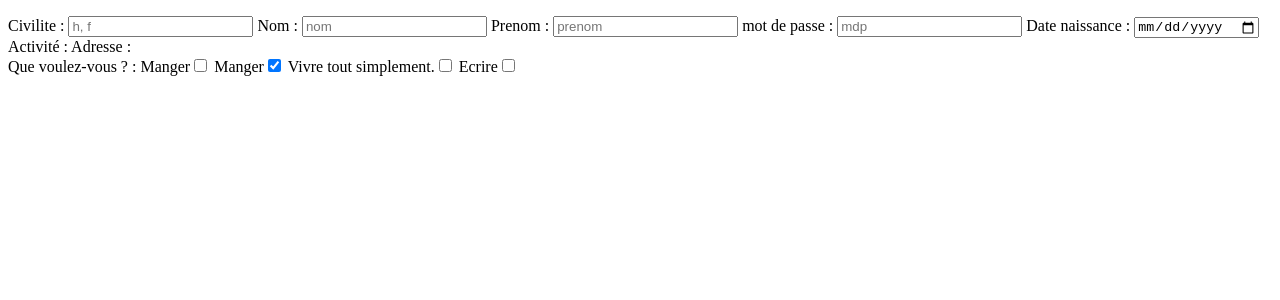
Repository: Douzal/AFCEPF_Architecte_Logiciel
Page: Workspace_Alexis/PremierWebv2/src/main/webapp/Form.html
These files come from the project's save history. The page is drawn as it stood at one moment and after the next save; the edit follows.
The browser window is 1280 px wide. The pictures show the whole page.

Above is the page before, as saved 2018-03-14 13:52:08.

After the next save:
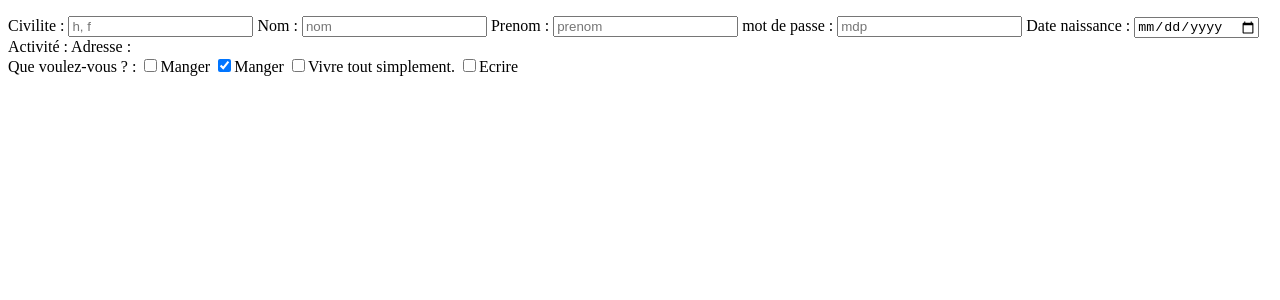
Saved 37 s later.
--- a/Workspace_Alexis/PremierWebv2/src/main/webapp/Form.html
+++ b/Workspace_Alexis/PremierWebv2/src/main/webapp/Form.html
@@ -17,11 +17,11 @@
 	<label>Adresse : </label>
 	<br />
 
-	<label>Que voulez-vous ? :
-	<label for="manger">Manger</label></label><input type="checkbox" name="manger" id="manger"/>
-	<label for="boire">Manger</label></label><input type="checkbox" name="boire" checked="checked" id="boire"/>
-	<label for="vivre">Vivre tout simplement.</label></label><input type="checkbox" name="vivre" id="vivre" />
-	<label for="ecrire">Ecrire</label></label><input type="checkbox" name="ecrire" />
+	<label>Que voulez-vous ? :</label>
+	<input type="checkbox" name="manger" id="manger"/><label for="manger">Manger</label>
+	<input type="checkbox" name="boire" checked="checked" id="boire"/><label for="boire">Manger</label>
+	<input type="checkbox" name="vivre" id="vivre" /><label for="vivre">Vivre tout simplement.</label>
+	<input type="checkbox" name="ecrire" /><label for="ecrire">Ecrire</label>
 
 	</p>
 </form>
